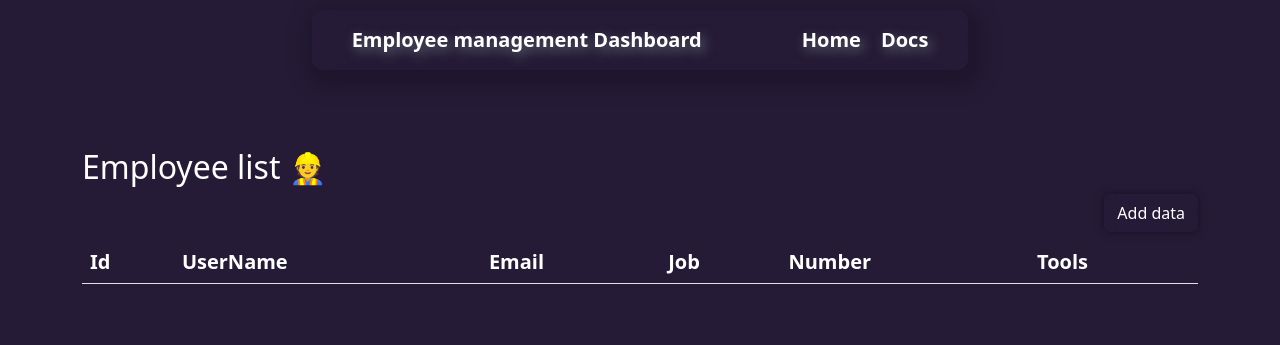
Repository: iamevs/Employee-Management-System
Page: /home (app in client/)
The author's editor kept a copy of each file at every save. The page is drawn from the files as they stood at one save, then again after the next save.
The browser window is 1280 px wide. The pictures show the whole page.
The page's requests for data from a server got no answer. The project was rebuilt for these pictures with package versions that can differ from the ones it lists, and the page was loaded fresh each time. No one was signed in, and anything a server would have sent is missing. Also part of the build but not shown: client/vite.config.js, client/src/components/Register.jsx, client/src/components/Edit.jsx, client/src/components/Hero.jsx. Imported but missing from the stored project, and not drawn on this page: client/src/components/Details.

Above is the page before, as saved 2022-11-29 00:12:06.

### client/index.html
<html lang="en">
  <head>
    <meta charset="UTF-8" />
    <link rel="icon" type="image/svg+xml" href="/vite.svg" />
    <meta name="viewport" content="width=device-width, initial-scale=1.0" />
    <title>employee-management</title>
  </head>
  <body>
    <div id="root"></div>
    <script type="module" src="/src/main.jsx"></script>
  </body>
</html>

### client/src/main.jsx
import React, { StrictMode } from 'react';
import ReactDOM from 'react-dom';
import { createRoot } from "react-dom/client";
import './index.css';
import App from './App';
import { BrowserRouter } from "react-router-dom"
import ContextProvider from "./components/context/ContextProvider";
// root.render(
//   <StrictMode>
//   <ContextProvider>
//     <BrowserRouter>
//       <App />
//     </BrowserRouter>
//   </ContextProvider>
//   </StrictMode>
//   ,
//   document.getElementById('root')
// );


createRoot(document.getElementById('root')).render(
  <ContextProvider>
    <BrowserRouter>
      <App />
    </BrowserRouter>
  </ContextProvider>
)

### client/src/index.css
body {
  margin: 0;
  font-family: -apple-system, BlinkMacSystemFont, 'Segoe UI', 'Roboto', 'Oxygen',
    'Ubuntu', 'Cantarell', 'Fira Sans', 'Droid Sans', 'Helvetica Neue',
    sans-serif;
  -webkit-font-smoothing: antialiased;
  -moz-osx-font-smoothing: grayscale;
  background-color: #251B37 !important;
  color: #fff !important;
}

code {
  font-family: source-code-pro, Menlo, Monaco, Consolas, 'Courier New',
    monospace;
}

.btns{
  display: flex;
  justify-content: space-between;
}

.btns > .tool, .tool{
  /* border: 1px solid #fff; */
  backdrop-filter: blur(10px);
  box-shadow: 0px 0px 9px 1px rgb(0 0 0 / 35%);
}

### client/src/App.jsx
import './App.css';
import "../node_modules/bootstrap/dist/css/bootstrap.min.css"
import "../node_modules/bootstrap/dist/js/bootstrap.bundle.min.js"
import Navbar from './components/Navbar';
import Home from './components/Home';
import Register from './components/Register';
import Edit from './components/Edit';
import Details from './components/Details';
import Hero from "./components/Hero.jsx";
import {Routes,Route} from "react-router-dom"




function App() {
  return (
   <>
    <Navbar />
    <Routes>
      <Route path="/" element={<Hero/>} />
      <Route  path="/home" element={<Home/>} />
      <Route exact path="/register" element={<Register/>} />
      <Route exact path="/edit/:id" element={<Edit/>} />
      <Route exact path="/view/:id" element={<Details/>} />
    </Routes>

   </>
  );
}

export default App;

### client/src/components/context/ContextProvider.jsx
import React, { createContext, useState } from 'react'


export const adddata = createContext("");
export const updatedata = createContext("");
export const deldata = createContext("");

const ContextProvider = ({ children }) => {

    const [udata, setUdata] = useState("");
    const [updata, setUPdata] = useState("");
    const [dltdata, setDLTdata] = useState("");


    return (
        <adddata.Provider value={{ udata, setUdata }}>
            <updatedata.Provider value={{ updata, setUPdata }}>
                <deldata.Provider value={{dltdata, setDLTdata}}>
                    {children}
                </deldata.Provider>

            </updatedata.Provider>

        </adddata.Provider>
    )
}

export default ContextProvider;

### client/src/App.css
.add_btn{
  text-align: right;
}

.container{
  overflow: auto;
}

.left_view h3{
  font-size: 21px;
}

.left_view p{
  font-weight: 600;
}

.left_view span{
  font-weight: 400;
}

.right_view p{
  font-weight: 600;
}


.right_view span{
  font-weight: 400;
}

### client/src/components/Navbar.jsx
import React from 'react'
import { NavLink } from 'react-router-dom'
import { Box, Stack } from "@mui/material";


const Navbar = () => {
    return (
        <Stack justifyContent={"center"} direction={"row"} marginTop={"10px"}>
            <Box justifyContent={"space-between"} className="navbar navbar-expand-lg text-white" sx={{
                backgroundColor: "transparent",
                backdropFilter: "blur(10px) !important",
                position: "relative",
                color: "white",
                boxShadow: "4px 7px 20px 11px rgb(0 0 0 / 20%)",
                height: "60px",
                padding: "0 40px 0 40px",
                width: "auto",
                borderRadius: "10px"
            }}>
                <Box sx={{
                    fontSize: "20px",
                    textShadow: "3px 4px 12px #6c757d",
                    fontWeight: "bold",
                    marginRight: "100px"
                }}>Employee management Dashboard</Box>
                <Box direction={"row"}>
                    <a href="/home" style={{
                        color: "white",
                        fontSize: "20px",
                        textShadow: "3px 4px 12px #6c757d",
                        fontWeight: "bold",
                        textDecoration: "none",
                    }}>Home</a>
                    <a href="/" style={{
                        color: "white",
                        fontSize: "20px",
                        textShadow: "3px 4px 12px #6c757d",
                        fontWeight: "bold",
                        textDecoration: "none",
                        marginLeft: "20px"
                    }}>Docs</a>

                </Box>
            </Box>
        </Stack>
    )
}

export default Navbar

### client/src/components/Home.jsx
import React, { useState, useEffect, useContext } from 'react'
import ReadMoreRoundedIcon from '@mui/icons-material/ReadMoreRounded';
import NoteAltOutlinedIcon from '@mui/icons-material/NoteAltOutlined';
import DeleteOutlineIcon from '@mui/icons-material/DeleteOutline';
import { NavLink } from 'react-router-dom';
import { adddata, deldata } from './context/ContextProvider';
import { updatedata } from './context/ContextProvider'
import ReactTooltip from 'react-tooltip';

var getuserlink = "http://localhost:8001/getusers";


const Home = () => {

    const [getuserdata, setUserdata] = useState([]);

    console.log(getuserdata);

    const { udata, setUdata } = useContext(adddata);

    const { updata, setUPdata } = useContext(updatedata);

    const { dltdata, setDLTdata } = useContext(deldata);

    const getdata = async () => {

        const res = await fetch(getuserlink, {
            method: "GET",
            headers: {
                "Content-Type": "application/json"
            }
        });

        const data = await res.json();
        console.log(data);

        if (res.status === 422 || !data) {
            console.log("error ");

        } else {
            setUserdata(data)
            console.log("get data");

        }
    }

    useEffect(() => {
        getdata();
    }, [])

    const deleteuser = async (id) => {

        const res2 = await fetch(`/deleteuser/${id}`, {
            method: "DELETE",
            headers: {
                "Content-Type": "application/json"
            }
        });

        const deletedata = await res2.json();
        console.log(deletedata);

        if (res2.status === 422 || !deletedata) {
            console.log("error");
        } else {
            console.log("user deleted");
            setDLTdata(deletedata)
            getdata();
        }

    }


    return (

        <>
            {
                udata ?
                    <>
                        <div className="alert alert-success alert-dismissible fade show" role="alert">
                            <strong>{udata.name}</strong>  added succesfully!
                            <button type="button" className="btn-close" data-bs-dismiss="alert" aria-label="Close"></button>
                        </div>
                    </> : ""
            }
            {
                updata ?
                    <>
                        <div className="alert alert-success alert-dismissible fade show" role="alert">
                            <strong>{updata.name}</strong>  updated succesfully!
                            <button type="button" className="btn-close" data-bs-dismiss="alert" aria-label="Close"></button>
                        </div>
                    </> : ""
            }

            {
                dltdata ?
                    <>
                        <div className="alert alert-danger alert-dismissible fade show" role="alert">
                            <strong>{dltdata.name}</strong>  deleted succesfully!
                            <button type="button" className="btn-close" data-bs-dismiss="alert" aria-label="Close"></button>
                        </div>
                    </> : ""
            }


            <div className="mt-5">
                <div className="container">

                    <h2 style={{ marginTop: "30px" }}>Employee list <span style={{fontSize: "30px"}}>👷</span> </h2>
                    <div className="add_btn mt-2 mb-2">
                        <NavLink to="/register" className="btn text-white tool">Add data</NavLink>
                    </div>

                    <div className='table-responsive'>
                        <table class="table">
                            <thead>
                                <tr className="table text-white col-6" style={{
                                    fontSize: "20px",
                                }}>
                                    <th scope="col">Id</th>
                                    <th scope="col">UserName</th>
                                    <th scope="col">Email</th>
                                    <th scope="col">Job</th>
                                    <th scope="col">Number</th>
                                    <th scope="col">Tools</th>
                                </tr>
                            </thead>
                            <tbody>

                                {
                                    getuserdata.map((val, ind) => {
                                        return (
                                            <tr className='text-white'>
                                                <th scope="row">{ind + 1}</th>
                                                <td>{val.name}</td>
                                                <td>{val.email}</td>
                                                <td>{val.work}</td>
                                                <td>{val.mobile}</td>
                                                <td className='btns'>
                                                    <NavLink to={`/view/${val._id}`} className="btn text-white tool" data-tip="More Details"><ReadMoreRoundedIcon /></NavLink>
                                                    <NavLink to={`/update/${val._id}`} className="btn text-white tool" data-tip="Edit Details"><NoteAltOutlinedIcon /></NavLink>
                                                    <button onClick={() => deleteuser(val._id)} className="btn text-white tool" data-tip="Fire Employee"><DeleteOutlineIcon /></button>
                                                    <ReactTooltip />
                                                </td>
                                            </tr>
                                        )
                                    })
                                }
                            </tbody>
                        </table>
                    </div>
                </div>
            </div>
        </>
    )
}

export default Home

After the next save:
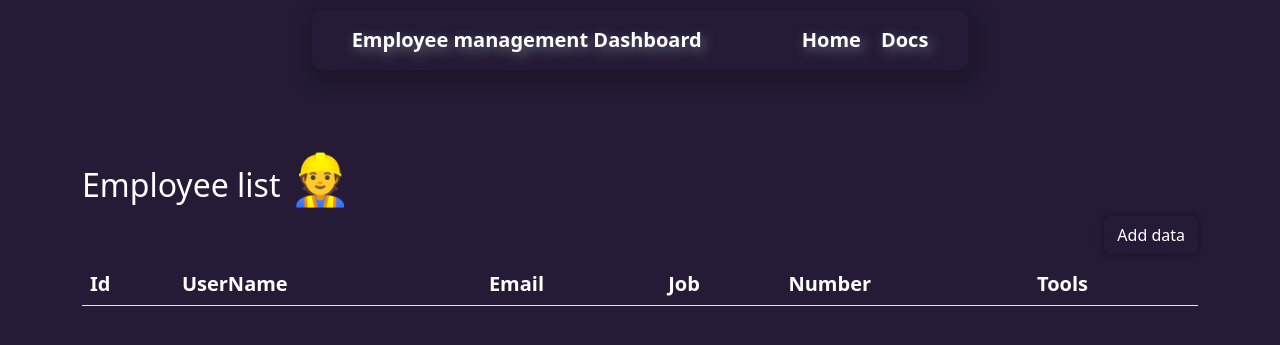
Saved 4 s later.
--- a/client/src/components/Home.jsx
+++ b/client/src/components/Home.jsx
@@ -107,7 +107,7 @@ const Home = () => {
             <div className="mt-5">
                 <div className="container">
 
-                    <h2 style={{ marginTop: "30px" }}>Employee list <span style={{fontSize: "30px"}}>👷</span> </h2>
+                    <h2 style={{ marginTop: "30px" }}>Employee list <span style={{fontSize: "50px"}}>👷</span> </h2>
                     <div className="add_btn mt-2 mb-2">
                         <NavLink to="/register" className="btn text-white tool">Add data</NavLink>
                     </div>
